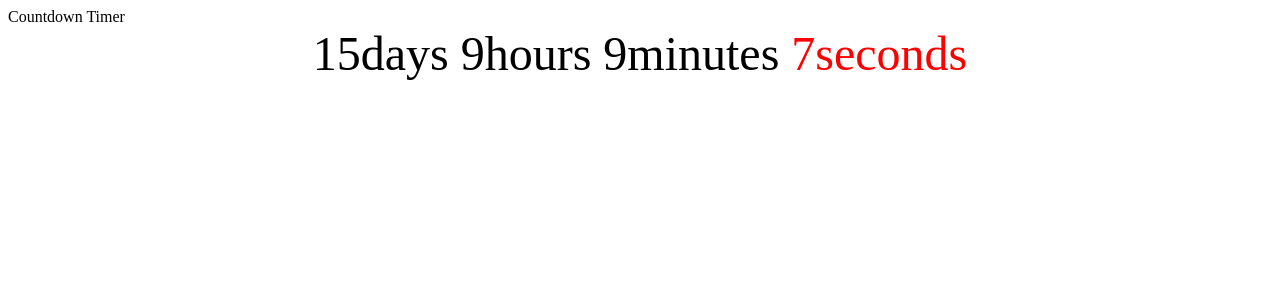
Repository: sinarinzifabrice/Events
Page: index.html
The author's editor kept a copy of each file at every save. The page is drawn from the files as they stood at one save, then again after a run of saves.
The browser window is 1280 px wide. The pictures show the whole page.

Above is the page before, as saved 2024-05-16 09:52:27.

### index.html
<!DOCTYPE html>
<html lang="en">
<head>
  <meta charset="UTF-8">
  <meta name="viewport" content="width=device-width, initial-scale=1.0">
  <title>Countdown Timer</title>
  <style>
    #countdown {
      font-size: 3em;
      text-align: center;
    }
    .red {
      color: red;
    }
  </style>
</head>
<body>

   <div>Countdown Timer</div>
   <div id="countdown"></div>



<script>
  // Set the date we're counting down to
  var countDownDate = new Date("May 29, 2024 19:00:00").getTime();

  // Update the countdown every 1 second
  var x = setInterval(function() {

    // Get the current date and time
    var now = new Date().getTime();

    // Calculate the remaining time
    var distance = countDownDate - now;

    // Calculate days, hours, minutes and seconds
    var days = Math.floor(distance / (1000 * 60 * 60 * 24));
    var hours = Math.floor((distance % (1000 * 60 * 60 * 24)) / (1000 * 60 * 60));
    var minutes = Math.floor((distance % (1000 * 60 * 60)) / (1000 * 60));
    var seconds = Math.floor((distance % (1000 * 60)) / 1000);

    // Display the countdown
    document.getElementById("countdown").innerHTML = days + "days " + hours + "hours "
    + minutes + "minutes <span class='red'>" + seconds + "seconds</span>";

    // If the countdown is over, display a message
    if (distance < 0) {
      clearInterval(x);
      document.getElementById("countdown").innerHTML = "EXPIRED";
    }
  }, 1000);
</script>

</body>
</html>

After the next 2 saves:
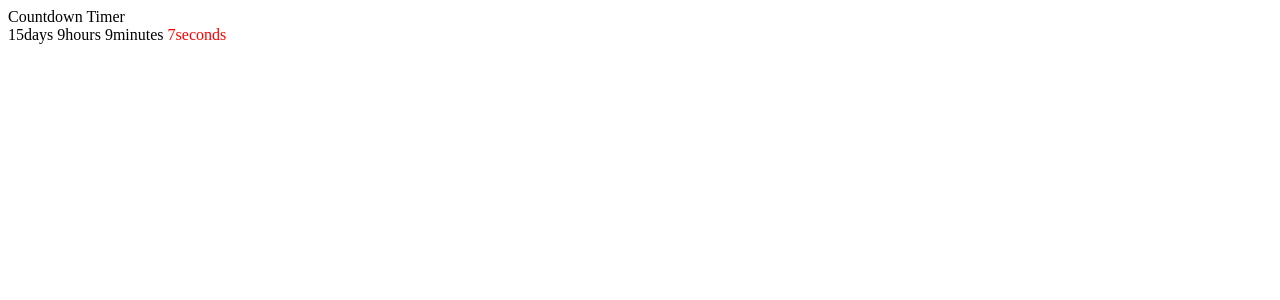
The 2 saves are shown as one change because they came seconds apart.
The last was saved 17 s later.
--- a/index.html
+++ b/index.html
@@ -5,7 +5,7 @@
   <meta name="viewport" content="width=device-width, initial-scale=1.0">
   <title>Countdown Timer</title>
   <style>
-    #countdown {
+    .countdown {
       font-size: 3em;
       text-align: center;
     }
